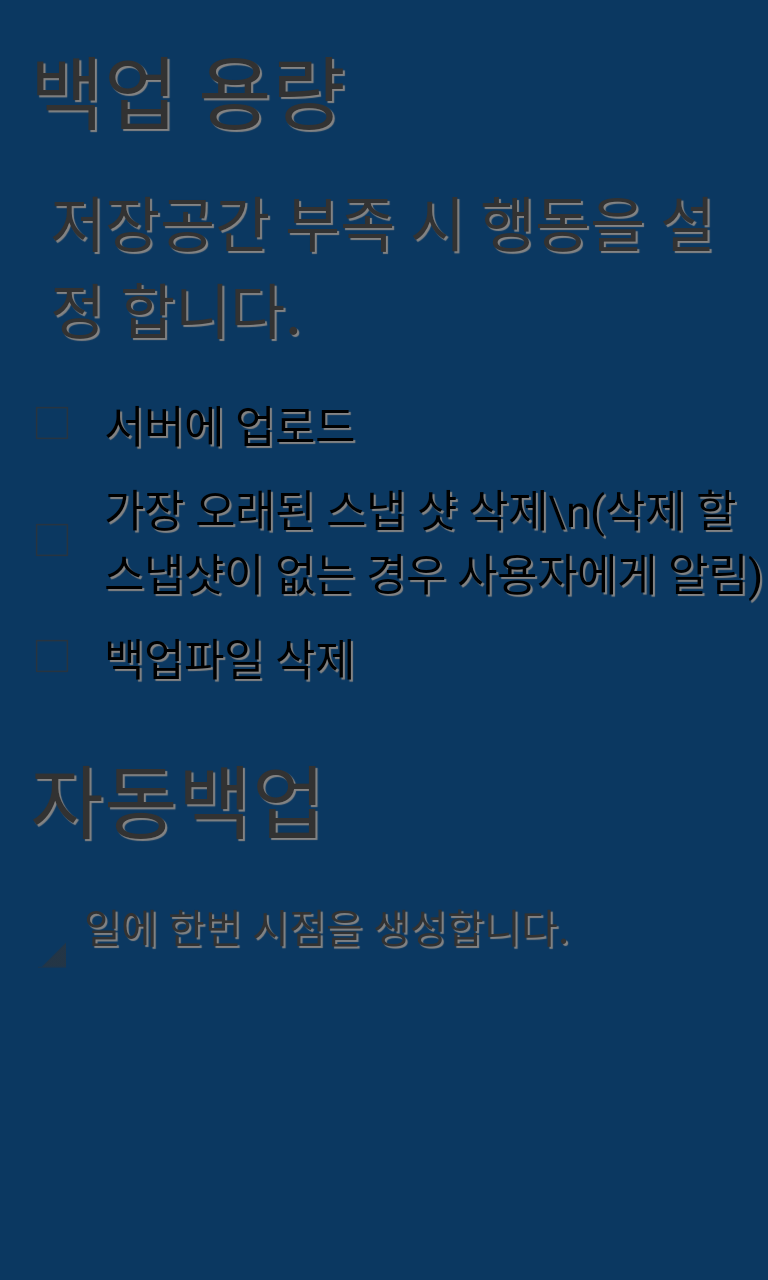
Repository: zzttt/LVM_BackupSol
Layout: TimeTraveler/res/layout/inflate_three.xml
These files come from the project's save history. The layout is drawn as it stood at one moment and after the next save; the edit follows.
It is drawn on a 768 x 1280 px phone screen (xhdpi) without system bars, with theme AppTheme; the app's code is not run.

Above is the layout before, as saved 2014-07-02 15:25:38.

After the next save:
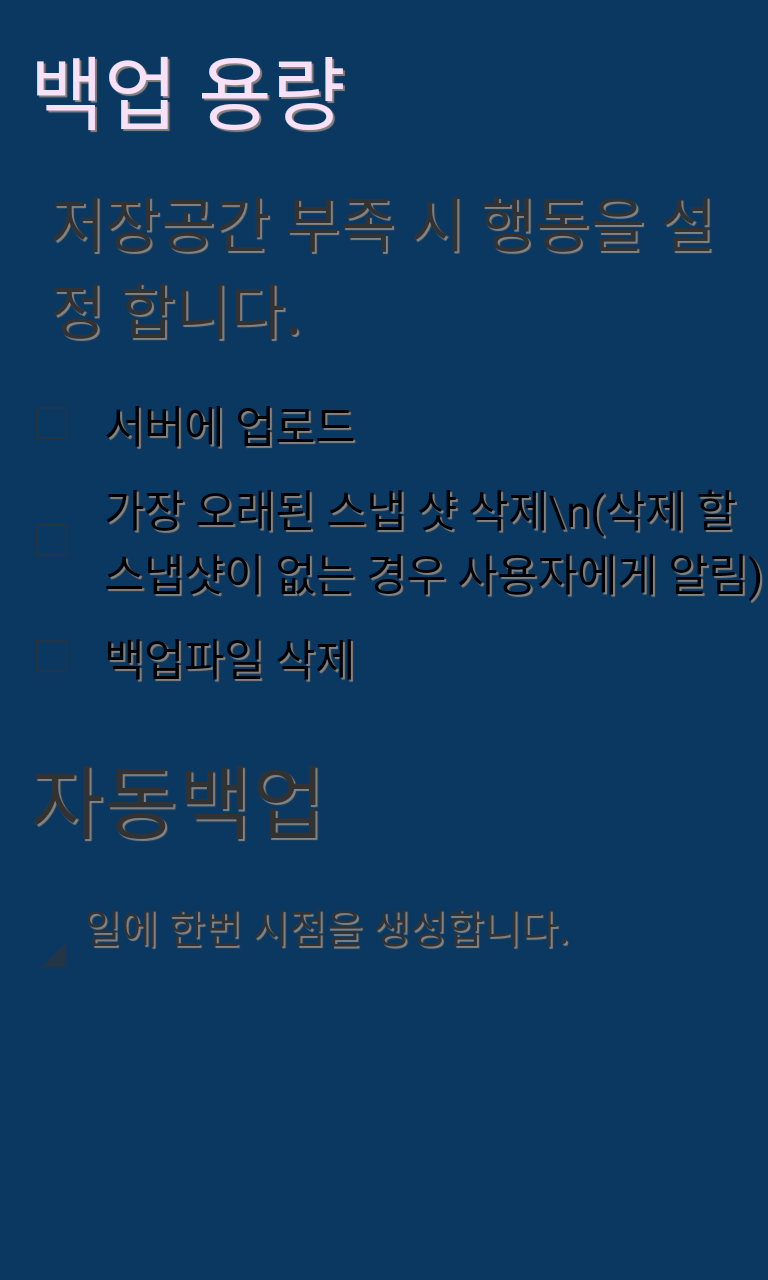
Saved 53 s later.
--- a/TimeTraveler/res/layout/inflate_three.xml
+++ b/TimeTraveler/res/layout/inflate_three.xml
@@ -24,6 +24,7 @@
                 android:layout_marginLeft="15dp"
                 android:layout_marginTop="15dp"
                 android:shadowColor="#848484"
+                android:textColor="#F8E0F7"
                 android:shadowDx="2"
                 android:shadowDy="2"
                 android:shadowRadius="0.01"
